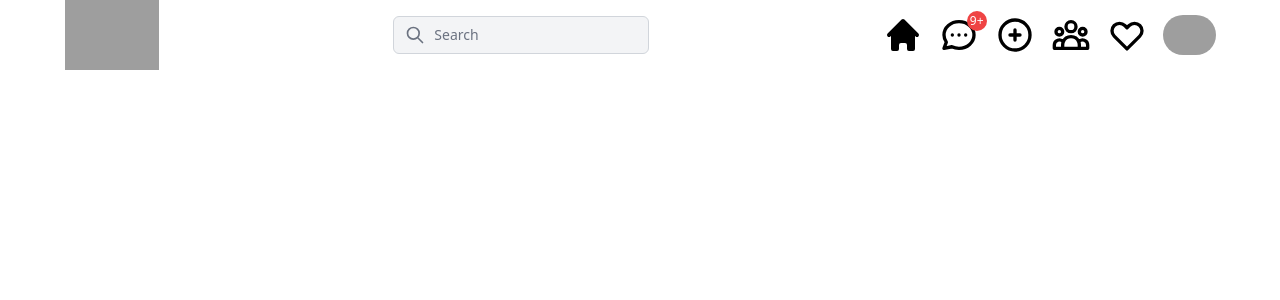
Repository: Qu4ntumGuy/insta-clone
Page: /
These files come from the project's save history. The page is drawn as it stood at one moment and after the next save; the edit follows.
The browser window is 1280 px wide. The pictures show the whole page.
Pictures or frames that could not be fetched are drawn as grey boxes. The project was rebuilt for these pictures with package versions that can differ from the ones it lists, and the page was loaded fresh each time. The framework's server and built-in components were replaced by stand-ins that run in the browser. Also part of the build but not shown: next.config.js.

Above is the page before, as saved 2022-03-16 13:31:51.

### pages/index.js
import Head from "next/head";
import Header from "../components/Header";

export default function Home() {
  return (
    <div className="">
      <Head>
        <title>Instagram 2.0</title>
        <link rel="icon" href="/favicon.ico" />
      </Head>
      <Header />
    </div>
  );
}

### styles/globals.css
@tailwind base;
@tailwind components;
@tailwind utilities;

@layer components {
    .navBtn {
        @apply h-10 md:inline-flex cursor-pointer
        transition-all duration-150 ease-out
    }
}

### components/Header.js
import Image from "next/image";
import {
  SearchIcon,
  PlusCircleIcon,
  UserGroupIcon,
  HeartIcon,
  CameraIcon,
  ChatIcon,
  MenuIcon,
} from "@heroicons/react/outline";
import { HomeIcon } from "@heroicons/react/solid";

const Header = () => {
  return (
    <div className="mx-5">
      <div className="flex justify-between max-w-6xl lg:mx-auto">
        <div className="relative hidden md:inline-grid w-24 cursor-pointer">
          <Image
            src="https://logos-world.net/wp-content/uploads/2020/04/Instagram-Logo.png"
            layout="fill"
            objectFit="contain"
          />
        </div>

        <div className="md:hidden flex items-center">
          <CameraIcon className="h-8 w-8" />
        </div>

        <div className=" max-w-xs">
          <div className=" relative m-1 p-3 rounded-md">
            <div className=" absolute inset-y-0  pl-3 flex items-center">
              <SearchIcon className=" h-5 w-5 text-gray-500" />
            </div>
            <input
              className="bg-gray-100 rounded-md block w-full pl-10 sm: text-sm
            border-gray-300 focus:ring-black focus:border-black"
              type="text"
              placeholder="Search"
            />
          </div>
        </div>
        <div className="flex items-center space-x-4">
          <HomeIcon className=" navBtn" />
          <div className=" relative">
            <ChatIcon className=" navBtn" />
            <div className=" absolute -top-1 -right-2 text-xs h-5 w-5
             bg-red-500 rounded-full flex items-center justify-center
             text-white">
              9+
            </div>
          </div>
          <PlusCircleIcon className=" navBtn" />
          <UserGroupIcon className="navBtn" />
          <HeartIcon className=" navBtn " />
          <img
            className=" relative h-10 rounded-full"
            src="https://upload.wikimedia.org/wikipedia/commons/thumb/2/2a/Instagram_logo.svg/840px-Instagram_logo.svg.png"
            alt="Profile"
          />
        </div>
      </div>
    </div>
  );
};

export default Header;

Loaded but not shown: pages/_app.js (common file); tailwind.config.js (common file)

After the next save:
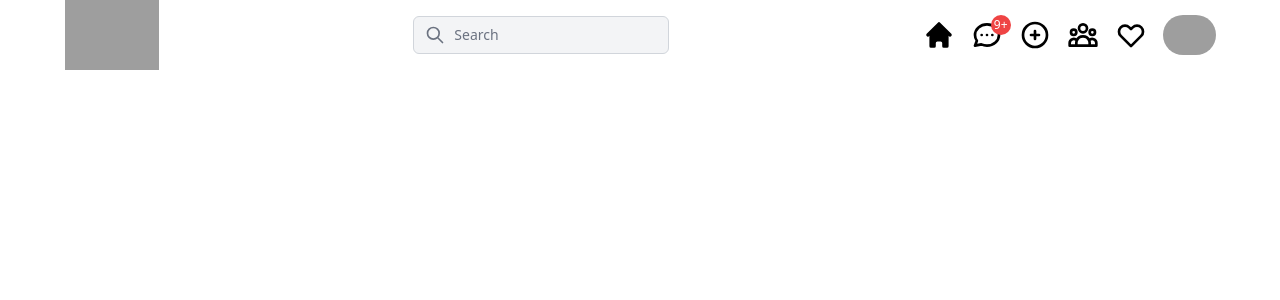
Saved 21 s later.
--- a/styles/globals.css
+++ b/styles/globals.css
@@ -4,7 +4,7 @@
 
 @layer components {
     .navBtn {
-        @apply h-10 md:inline-flex cursor-pointer
+        @apply h-8 md:inline-flex cursor-pointer
         transition-all duration-150 ease-out
     }
 }
